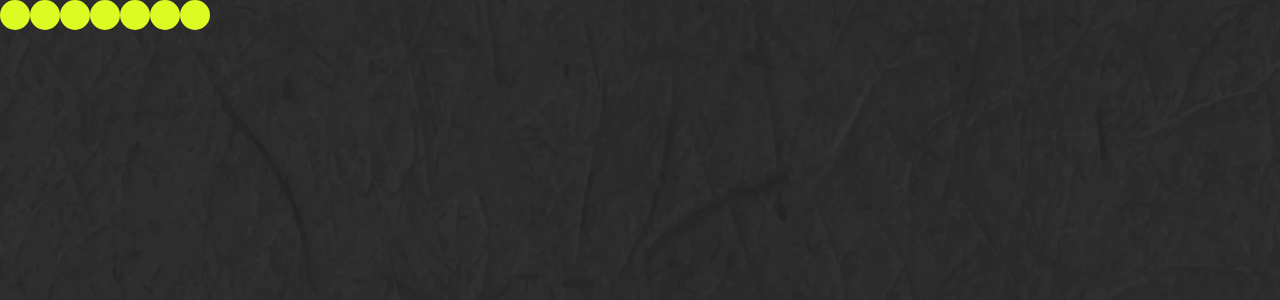
Repository: sem1103/fitness-test
Page: index.html
An editor plug-in stored every save of this project. The page is shown before and after the next save, followed by the edit.
The browser window is 1280 px wide. The pictures show the whole page.

Above is the page before, as saved 2023-11-03 17:56:34.

### index.html
<!DOCTYPE html>
<html lang="en">
<head>
    <meta charset="UTF-8">
    <meta name="viewport" content="width=device-width, initial-scale=1.0">
    <title>Fitness</title>
    <link rel="stylesheet" href="style/reset.css"/>
    <link rel="stylesheet" href="style/main.css"/>
</head>
<body>
    <div id="circles">
        <ul>
            <li></li>
            <li></li>
            <li></li>
            <li></li>
            <li></li>
            <li></li>
            <li></li>
        </ul>
    </div>
    <header>


    </header>
    <main></main>
</body>
</html>

### style/reset.css
html, body, div, span, applet, object, iframe,
h1, h2, h3, h4, h5, h6, p, blockquote, pre,
a, abbr, acronym, address, big, cite, code,
del, dfn, em, img, ins, kbd, q, s, samp,
small, strike, strong, sub, sup, tt, var,
b, u, i, center,
dl, dt, dd, ol, ul, li,
fieldset, form, label, legend,
table, caption, tbody, tfoot, thead, tr, th, td,
article, aside, canvas, details, embed,
figure, figcaption, footer, header, hgroup,
menu, nav, output, ruby, section, summary,
time, mark, audio, video {
	margin: 0;
	padding: 0;
	border: 0;
	font-size: 100%;
	font: inherit;
	vertical-align: baseline;
}
/* HTML5 display-role reset for older browsers */
article, aside, details, figcaption, figure,
footer, header, hgroup, menu, nav, section {
	display: block;
}
body {
	line-height: 1;
	font-family: Arial, Helvetica, sans-serif;
}
ol, ul {
	list-style: none;
}
blockquote, q {
	quotes: none;
}
blockquote:before, blockquote:after,
q:before, q:after {
	content: '';
	content: none;
}
table {
	border-collapse: collapse;
	border-spacing: 0;
}
a{
	text-decoration: none;
}

### style/main.css
.container{
    max-width: 1100px;
    margin: auto;
}
body{
    background: url(./../img/background.png) center/cover;
    min-height: 100vh;
}
#circles ul{
    display: flex;
    flex-direction: row;
    margin: auto;
}
#circles li{
    padding: 15px;
    border-radius: 50%;
    background-color: #dbfb23;
}

After the next save:
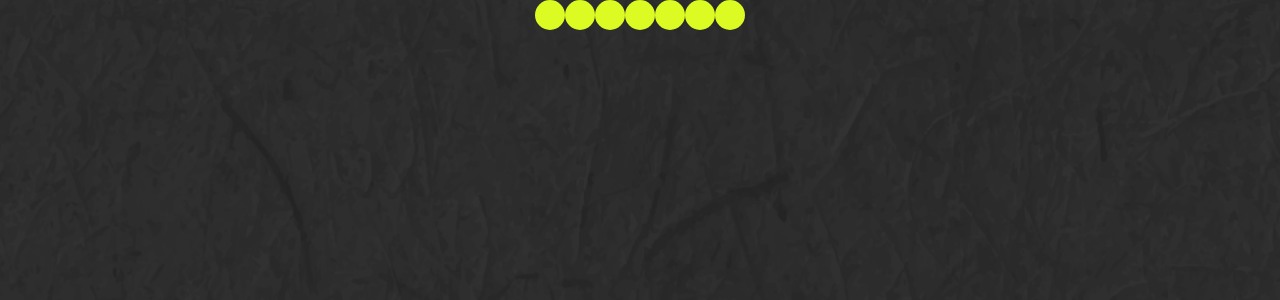
Saved 20 s later.
--- a/style/main.css
+++ b/style/main.css
@@ -9,7 +9,8 @@
 #circles ul{
     display: flex;
     flex-direction: row;
-    margin: auto;
+    width: 100%;
+    justify-content: center;
 }
 #circles li{
     padding: 15px;
